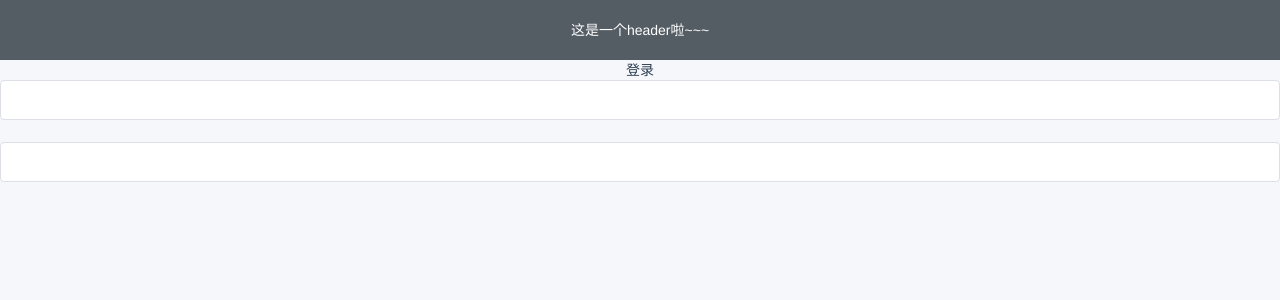
Repository: KTDefTnT/node_front_admin
Page: /#/
An editor plug-in stored every save of this project. The page is shown before and after the next save, followed by the edit.
The browser window is 1280 px wide. The pictures show the whole page.
The project was rebuilt for these pictures with package versions that can differ from the ones it lists, and the page was loaded fresh each time. Also part of the build but not shown: vue.config.js, src/assets/scss/theme_reset.scss.

Above is the page before, as saved 2020-06-29 17:22:36.

After the next save:
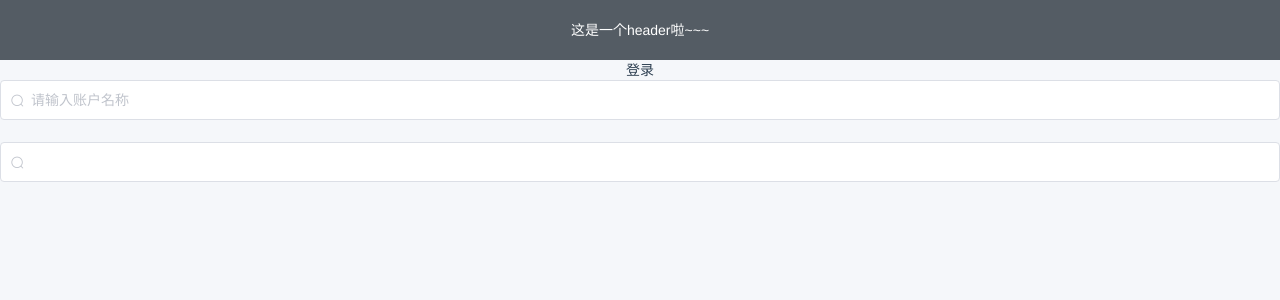
Saved 2 min 39 s later.
--- a/src/views/Login.vue
+++ b/src/views/Login.vue
@@ -5,10 +5,14 @@
       <div class="title">登录</div>
       <el-form :model="form">
         <el-form-item  prop="userName">
-          <el-input v-model="form.userName"></el-input>
+          <el-input v-model="form.userName" placeholder="请输入账户名称">
+            <i slot="prefix" class="el-input__icon el-icon-search"></i>
+          </el-input>
         </el-form-item>
-        <el-form-item prop="password">
-          <el-input type="password" v-model="form.password"></el-input>
+        <el-form-item prop="password" placeholder="请输入密码">
+          <el-input type="password" v-model="form.password">
+            <i slot="prefix" class="el-input__icon el-icon-search"></i>
+          </el-input>
         </el-form-item>
       </el-form>
     </div>
